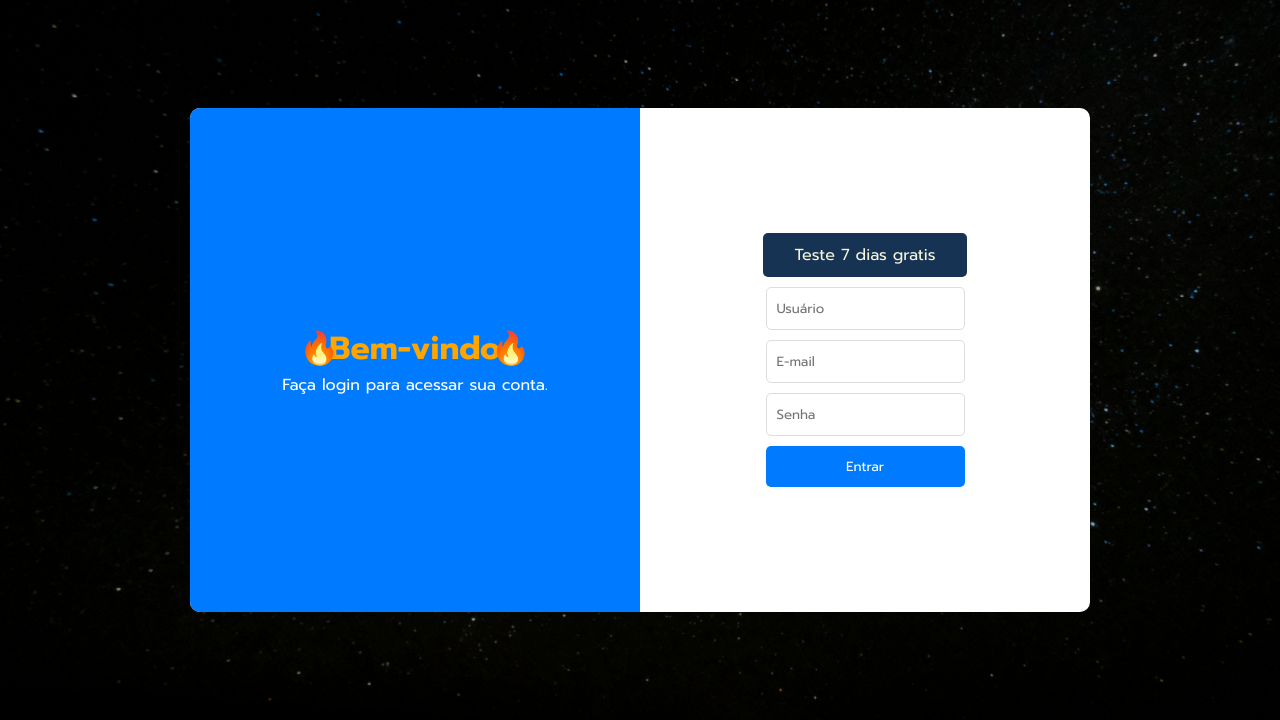
Repository: joao-paulo-paiva/tela-login
Page: index.html
These files come from the project's save history. The page is drawn as it stood at one moment and after a run of saves; the edit follows.
The browser window is 1280 px wide. The pictures show the whole page.

Above is the page before, as saved 2025-04-16 09:08:35.

After the next 2 saves:
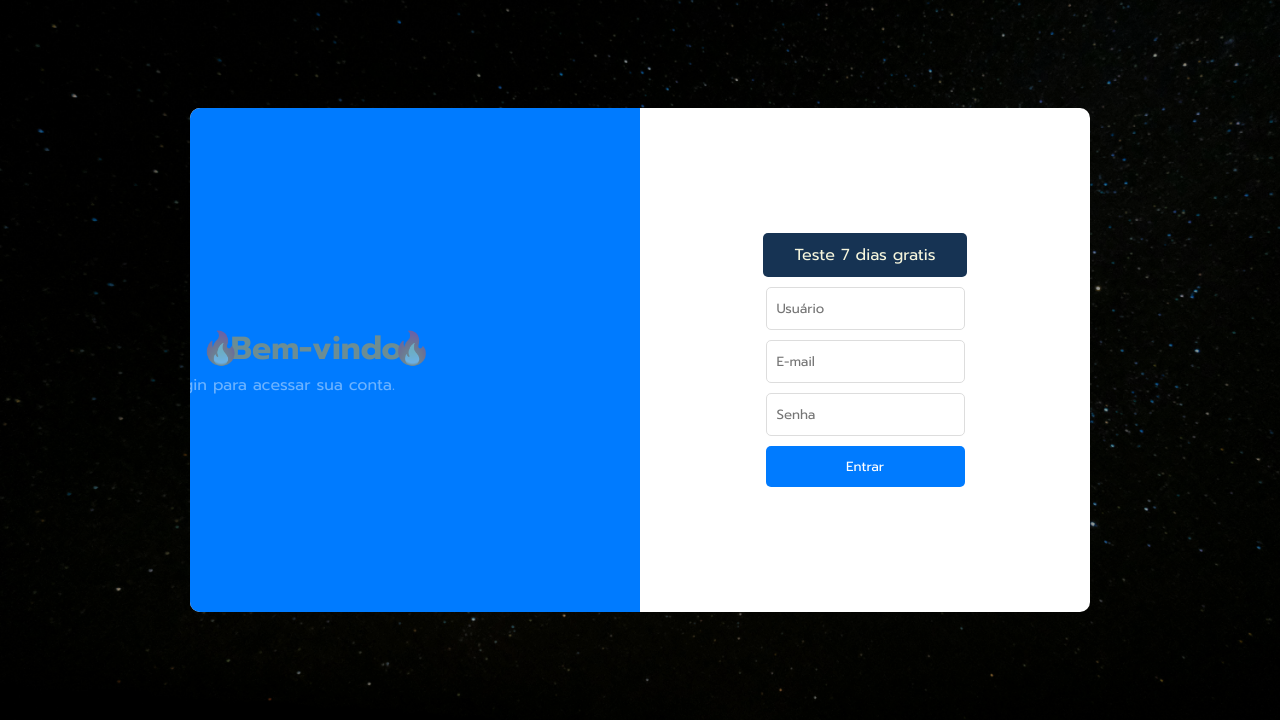
The 2 saves are shown as one change because they came seconds apart.
The last was saved 2 min 58 s later.
--- a/style.css
+++ b/style.css
@@ -111,3 +111,22 @@ button {
     border-radius: 5px;
     cursor: pointer;
 }
+
+@keyframes moverTexto {
+    0% {
+        transform: translateX(-100%);
+        opacity: 0;
+    }
+    50% {
+        transform: translateX(0);
+        opacity: 1;
+    }
+    100% {
+        transform: translateX(-100%);
+        opacity: 0;
+    }
+}
+
+.esquerda h1, .esquerda p {
+    animation: moverTexto 3s infinite;
+}
